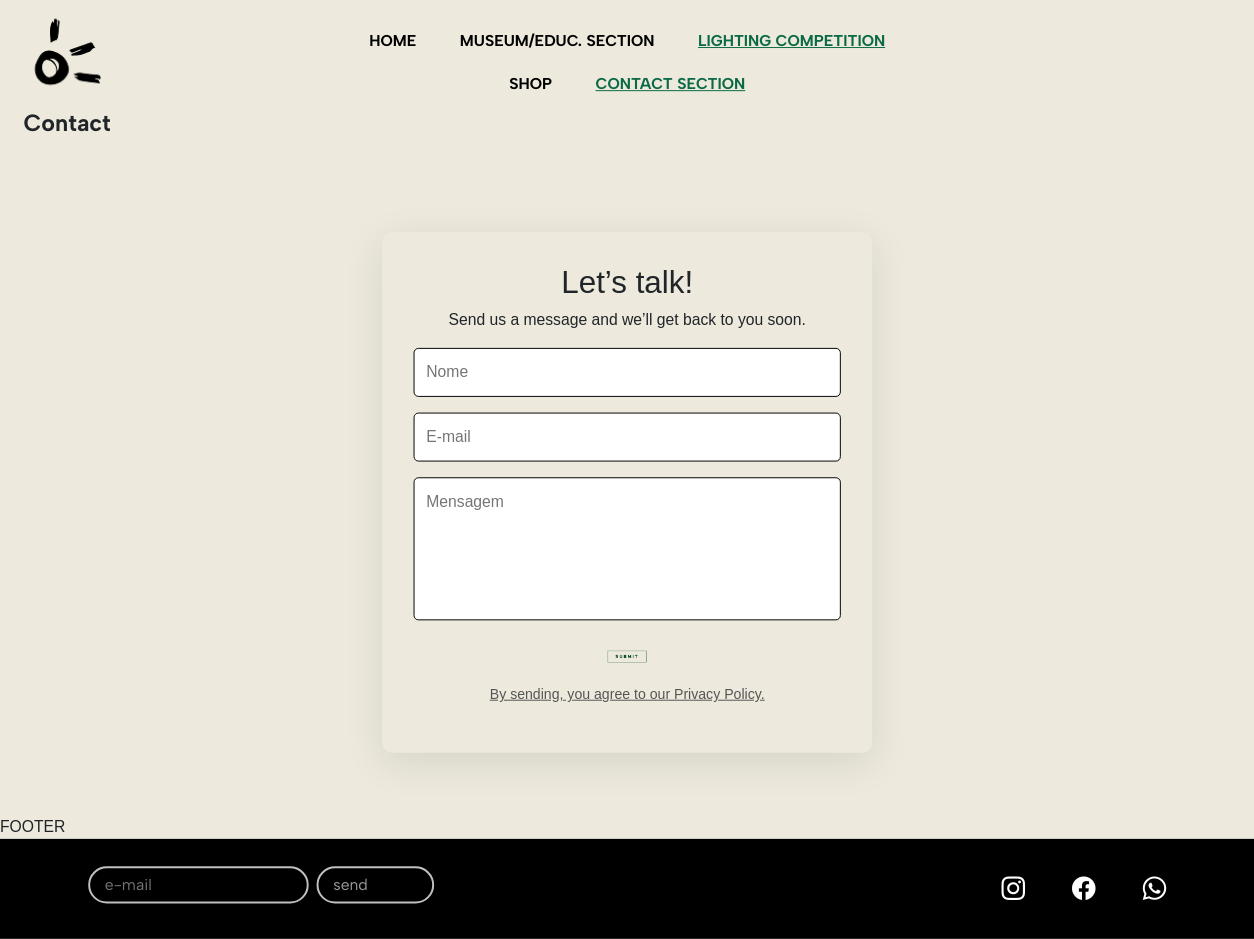
Repository: veronicamdiaz/Landing-Page-Practices
Page: contact-section.html
These files come from the project's save history. The page is drawn as it stood at one moment and after the next save; the edit follows.
The browser window is 1280 px wide. The pictures show the whole page, at 98% of full size.

Above is the page before, as saved 2025-06-02 17:04:40.
Console error: TypeError: Cannot read properties of null (reading 'addEventListener')

After the next save:
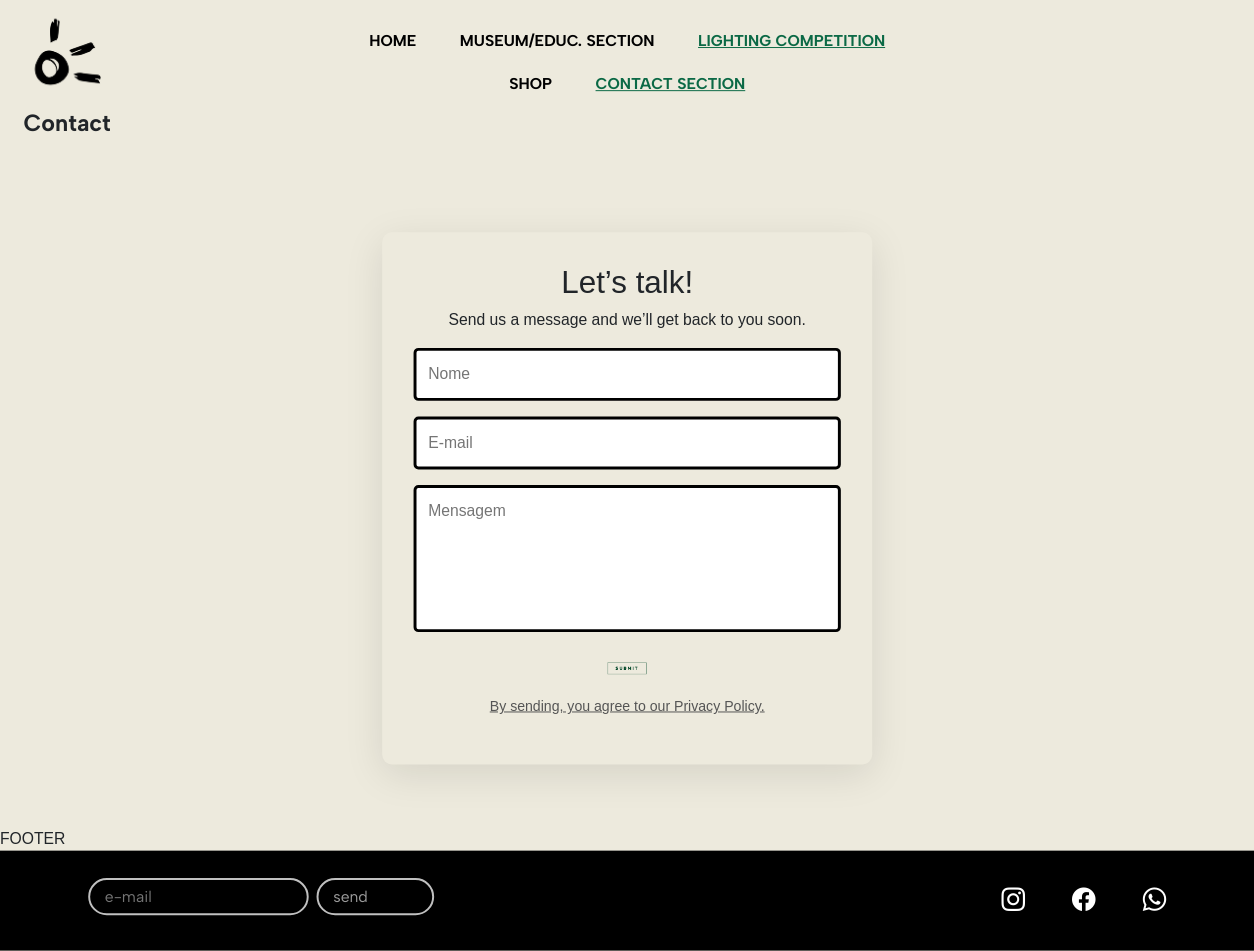
Saved 17 s later.
--- a/main.css
+++ b/main.css
@@ -326,7 +326,7 @@
 .contact-input {
   width: 100%;
   padding: 0.75rem;
-  border: 1px solid;
+  border: 3px solid;
 
   border-radius: 5px;
   font-family: inherit;
